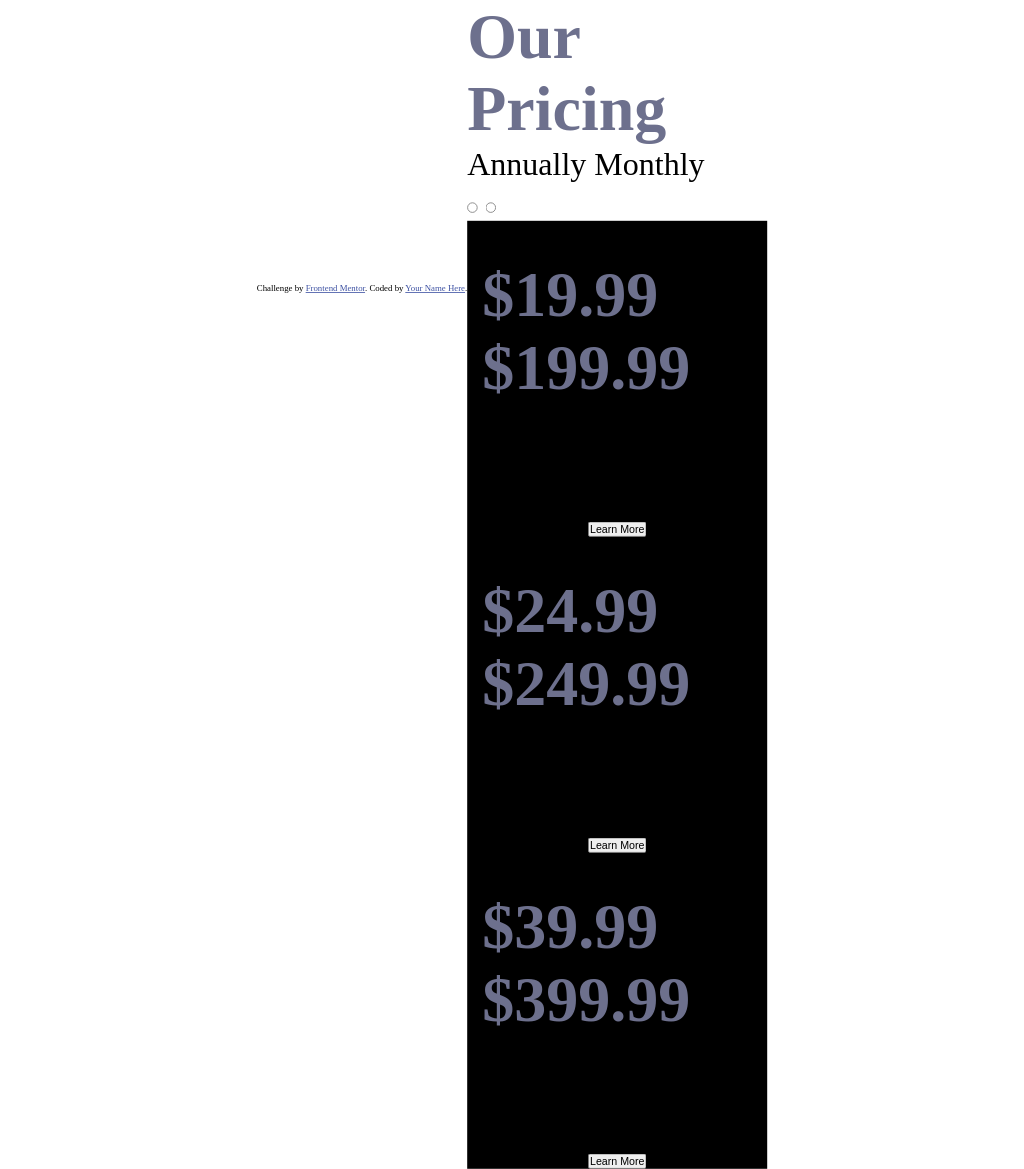
Repository: JuzzJoel/pricing-component-with-toggle-master
Page: index.html
These files come from the project's save history. The page is drawn as it stood at one moment and after the next save; the edit follows.
The browser window is 1280 px wide. The pictures show the whole page, at 80% of full size.

Above is the page before, as saved 2025-05-24 08:09:45.

### index.html
<!DOCTYPE html>
<html lang="en">
<head>
  <meta charset="UTF-8">
  <meta name="viewport" content="width=device-width, initial-scale=1.0"> <!-- displays site properly based on user's device -->

  <link rel="icon" type="image/png" sizes="32x32" href="./images/favicon-32x32.png">

  <title>Frontend Mentor | [pricing-component-with-toggle-master]</title>
  <style>
    :root{

--linear-gradient: hsl(236, 72%, 79%) to hsl(237, 63%, 64%);

--clr-pri: hsl(240, 78%, 98%);
--clr-pri-acc: hsl(234, 14%, 74%);
--clr-sec: hsl(233, 13%, 49%);
--clr-sec-acc: hsl(232, 13%, 33%);
    }
*,
*::before,
*::after {
    box-sizing: border-box;
}

* {
    margin: 0;
    padding: 0;
    box-sizing: border-box;
}

    .attribution { font-size: 11px; text-align: center; }
    .attribution a { color: hsl(228, 45%, 44%); }
body{
  font-size: 0.95rem;
width: 100vw;
height: 100vh;
display: flex;
align-items: center;
justify-content: center;
}


.container{
  width: 375px;
  height: 100vh;

}
  .pricing-header{
font-size: 2.5rem;
  }
  .pricing-header h1{
    color: var(--clr-sec);

  }
    .toggle-box{}

     .toggle-container{}

       .pricing{}

     .toggle-slider{

     }
   .body{
    display: flex;
    flex-direction: column;
    background: #000;

   }
   .content{
    display: flex;
    flex-direction: column;
    justify-content: space-evenly;
   }
   .card-container{
    display: flex;
    flex-direction: column;
    align-items: center;
   }
        .card{
          display: flex;
          flex-direction: column;
          align-items: center;
          width: 90%;
          height: 90%;
        }
          .rows-head{
            height: 35%;
          }

          .rows{
            height: 15%;
            border: 1px solid black;
          }
          .rows-button{
            height: 25%;
          }
  button{
    width: 100%;
    display: flex;
    align-items: center;
    justify-content: center;
  }

          @media(min-width:1440px){
            .content{
              flex-direction: row;
              justify-content: space-between;
             }
          }
  </style>
</head>
<body>
  <div class="attribution">
    Challenge by <a href="https://www.frontendmentor.io?ref=challenge" target="_blank">Frontend Mentor</a>.
    Coded by <a href="#">Your Name Here</a>.
  </div>


  <div class="container">
    <div class="pricing-header">
      <h1>Our Pricing</h1>
      <div class="toggle-box">
        Annually
        Monthly
        <div class="toggle-container">

          <input type="radio" class="pricing" id="price-annnual">
          <label for=""></label>

          <input type="radio" class="pricing" id="price-month">
          <label for=""></label>

          <div class="toggle-slider"></div>
        </div>
      </div>
      <div class="body">
        <div class="content">
          <div class="card-container">
<div class="card">
            <div class="rows-head">Basic
         <h1>   &dollar;19.99
            &dollar;199.99</h1>
          </div>
            <div class="rows">500 GB Storage</div>
            <div class="rows">2 Users Allowed</div>
            <div class="rows">Send up to 3 GB</div>
            <div class="rows-button"><button>Learn More</button></div>
          </div>
          </div>

          <div class="card-container">
            <div class="card">
            <div class="rows-head">Professional
              <h1>  &dollar;24.99
            &dollar;249.99 </h1>
          </div>
            <div class="rows">1 TB Storage</div>
            <div class="rows">5 Users Allowed</div>
            <div class="rows">Send up to 10 GB</div>
            <div class="rows-button"><button>Learn More</button></div>
          </div>
          </div>
          <div class="card-container">
            <div class="card">
            <div class="rows-head">Master
              <h1>   &dollar;39.99
            &dollar;399.99</h1>
          </div>
            <div class="rows">2 TB Storage</div>
            <div class="rows">10 Users Allowed</div>
            <div class="rows">Send up to 20 GB</div>
            <div class="rows-button"><button>Learn More</button></div>
          </div>
          </div>
        </div>
      </div>
    </div>
  </div>


</body>
</html>

After the next save:
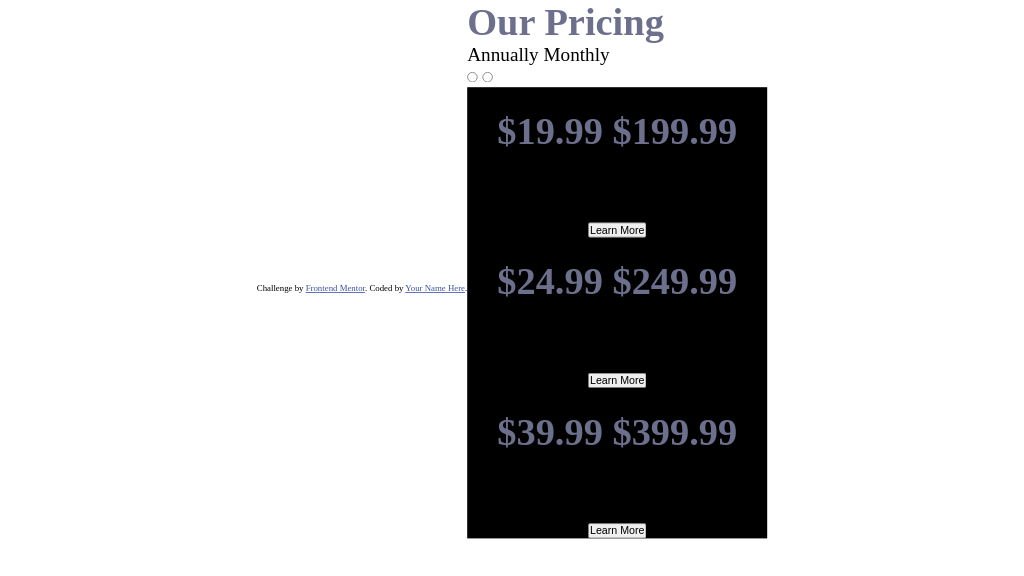
Saved 7 s later.
--- a/index.html
+++ b/index.html
@@ -47,7 +47,7 @@ justify-content: center;
 
 }
   .pricing-header{
-font-size: 2.5rem;
+font-size: 1.5rem;
   }
   .pricing-header h1{
     color: var(--clr-sec);
